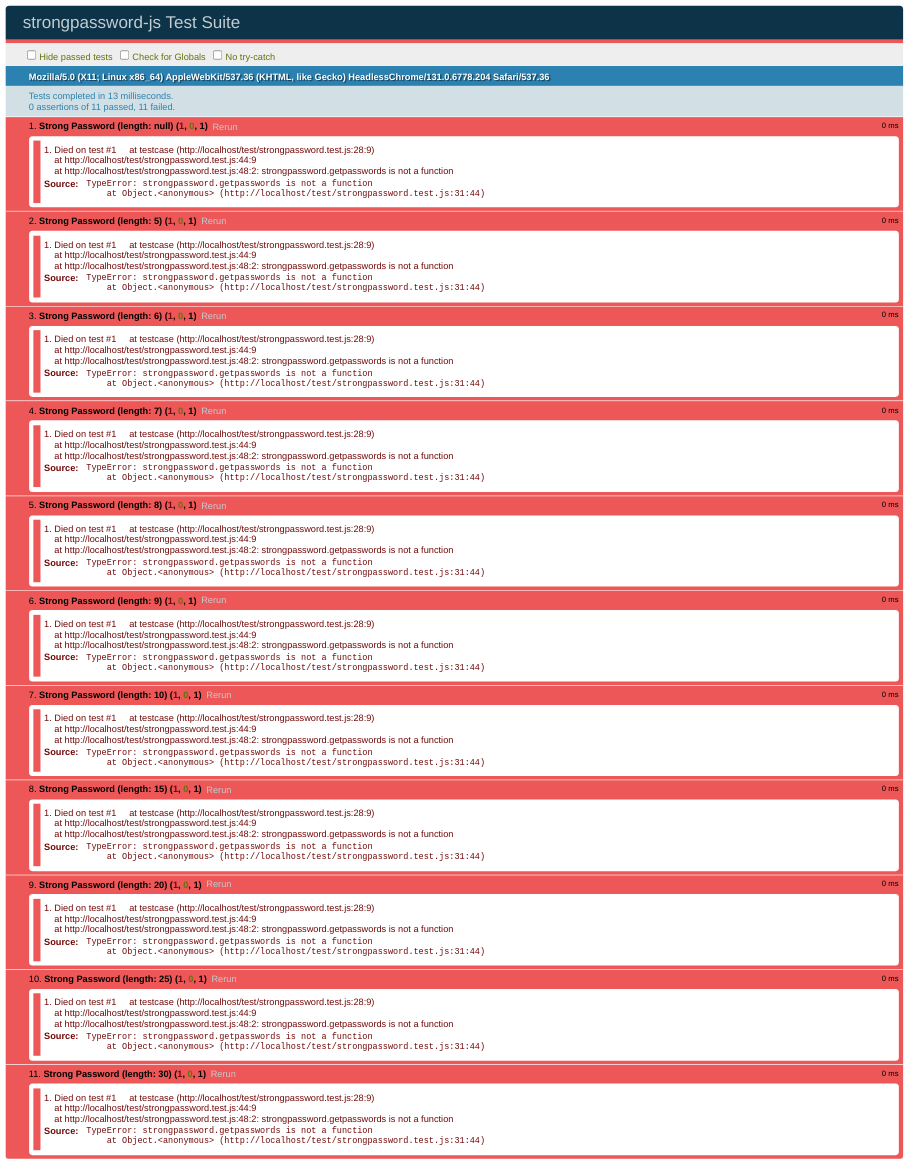
Repository: jongha/strongpassword-js
Page: test/strongpassword.html
The author's editor kept a record of every edit. The page is drawn from the files as they stood at one moment, then again after the next edit.
The browser window is 1280 px wide. The pictures show the whole page, at 71% of full size.

Above is the page before.

### test/strongpassword.html
<!DOCTYPE html>
<html>
<head>
  <meta charset="utf-8">
  <title>strongpassword-js Test Suite</title>
  <script src="../libs/js/jquery-1.10.2.min.js"></script>
  <!-- Load local QUnit (grunt requires v1.0.0 or newer). -->
  <link rel="stylesheet" href="../libs/css/qunit-1.12.0.css" media="screen">
  <script src="../libs/js/qunit-1.12.0.js"></script>
  <!-- Load local lib and tests. -->
  <script src="../src/strongpassword.js"></script>
  <script src="strongpassword.test.js"></script>
  <!-- Removing access to jQuery and $. But it'll still be available as _$, if
       you REALLY want to mess around with jQuery in the console. REMEMBER WE
       ARE TESTING YOUR PLUGIN HERE -->
  <script>window._$ = jQuery.noConflict(true);</script>
</head>
<body>
  <h1 id="qunit-header">strongpassword-js Test Suite</h1>
  <h2 id="qunit-banner"></h2>
  <div id="qunit-testrunner-toolbar"></div>
  <h2 id="qunit-userAgent"></h2>
  <ol id="qunit-tests"></ol>
  <div id="qunit-fixture"></div>
</body>
</html>

### src/strongpassword.js
var strongpassword = {
    VALIDATIONS: [
        "abcdefghijklmnopqrstuvwxyz",
        "ABCDEFGHIJKLMNOPQRSTUVWXYZ",
        "0123456789",
        "`!?$?%^&*()_-+={[}]:;@'~#|\\<>.?/];"
    ],

    // generate safe password
    // size: generated password size
    get: function(size) {
        size = size || 15;

        var MAX_SEED = 100;
        var i, result = [], visit = [], map = this.VALIDATIONS.slice(0);

        while(size-- > 0) {
            if(visit.length === 0) {
                visit = [];
                for(i=0; i<map.length; ++i) {
                    visit.push(i);
                }
            }

            var idx = parseInt(Math.random() * MAX_SEED) % visit.length;
            var map_index = visit[idx];
            var code = map[map_index][parseInt(Math.random() * MAX_SEED) % map[map_index].length];

            result.push(code);

            map[map_index] = map[map_index].replace(code, "");
            visit = visit.slice(0, idx).concat(visit.slice(idx + 1, visit.length));
        }
        return result.join("");
    },

    // validate password is safe
    // password: password for valication
    // threshold: min-length for safe password (default: 10)
    issafe: function(password, threshold) {
        threshold = threshold || 10;

        var check = false, i, j, k;
        if(password.length >= threshold) {
            for(i=0; i<this.VALIDATIONS.length; ++i) {
                for(j=0; j<this.VALIDATIONS[i].length; ++j) {

                    for(k=0; k<password.length; ++k) {
                        check = (this.VALIDATIONS[i][j] === password[k]);
                        if(check) { break; }
                    }

                    if(check) { break; }
                }

                if(!check) { break; }
            }
        }

        return check;
    }
};

### test/strongpassword.test.js
(function() {

    var map = strongpassword.VALIDATIONS;

    var validpassword = function(password) {
        var check, i, j, k;
        for(i=0; i<map.length; ++i) {
            check = false;

            for(j=0; j<map[i].length; ++j) {

                for(k=0; k<password.length; ++k) {
                    check = (map[i][j] === password[k]);
                    if(check) { break; }
                }

                if(check) { break; }
            }

            if(!check) { break; }
        }

        return check;
    };

    var length = [null, 5, 6, 7, 8, 9, 10, 15, 20, 25, 30];
    var testcase = function(size) {
        test("Strong Password (length: " + size + ")", function() {
            size = size || 15;

            var password1 = strongpassword.getpasswords(size);
            var password2 = strongpassword.getpasswords(size);

            equal(password1.length, size, "Default length " + size + " check");
            equal(password2.length, size, "Default length " + size + " check");
            notEqual(password1, password2, "Previous passwords check");

            equal(strongpassword.issafe(password1), true, "Password validation check");
            equal(strongpassword.issafe(password2), true, "Password validation check");
        });
    };

    for(var l in length) {
        testcase(length[l]);
    }


}(jQuery));

Loaded but not shown: libs/js/jquery-1.10.2.min.js (library); libs/css/qunit-1.12.0.css (library); libs/js/qunit-1.12.0.js (library)

After the next edit:
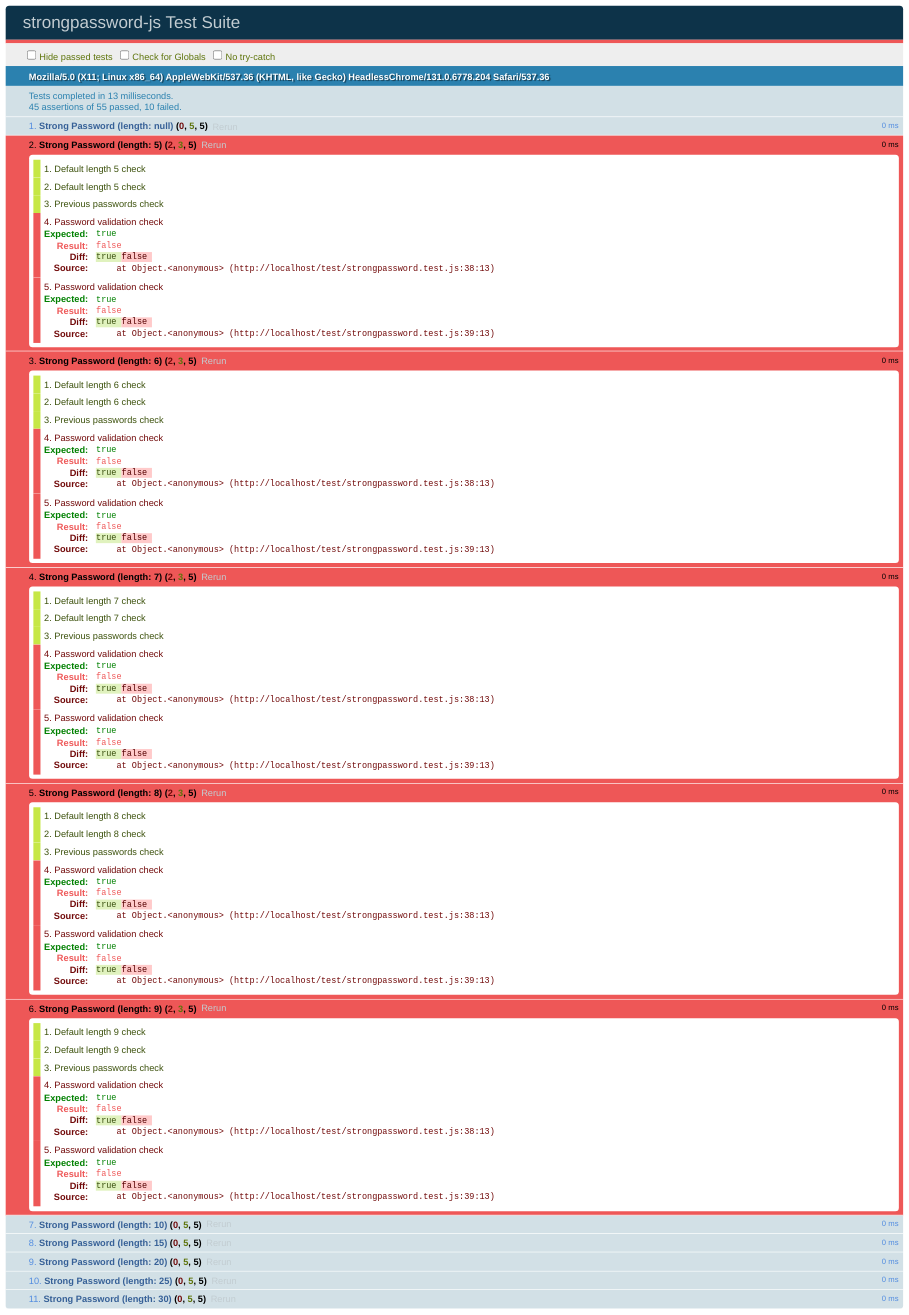
The edit:
--- a/test/strongpassword.test.js
+++ b/test/strongpassword.test.js
@@ -28,8 +28,8 @@
         test("Strong Password (length: " + size + ")", function() {
             size = size || 15;
 
-            var password1 = strongpassword.getpasswords(size);
-            var password2 = strongpassword.getpasswords(size);
+            var password1 = strongpassword.get(size);
+            var password2 = strongpassword.get(size);
 
             equal(password1.length, size, "Default length " + size + " check");
             equal(password2.length, size, "Default length " + size + " check");
